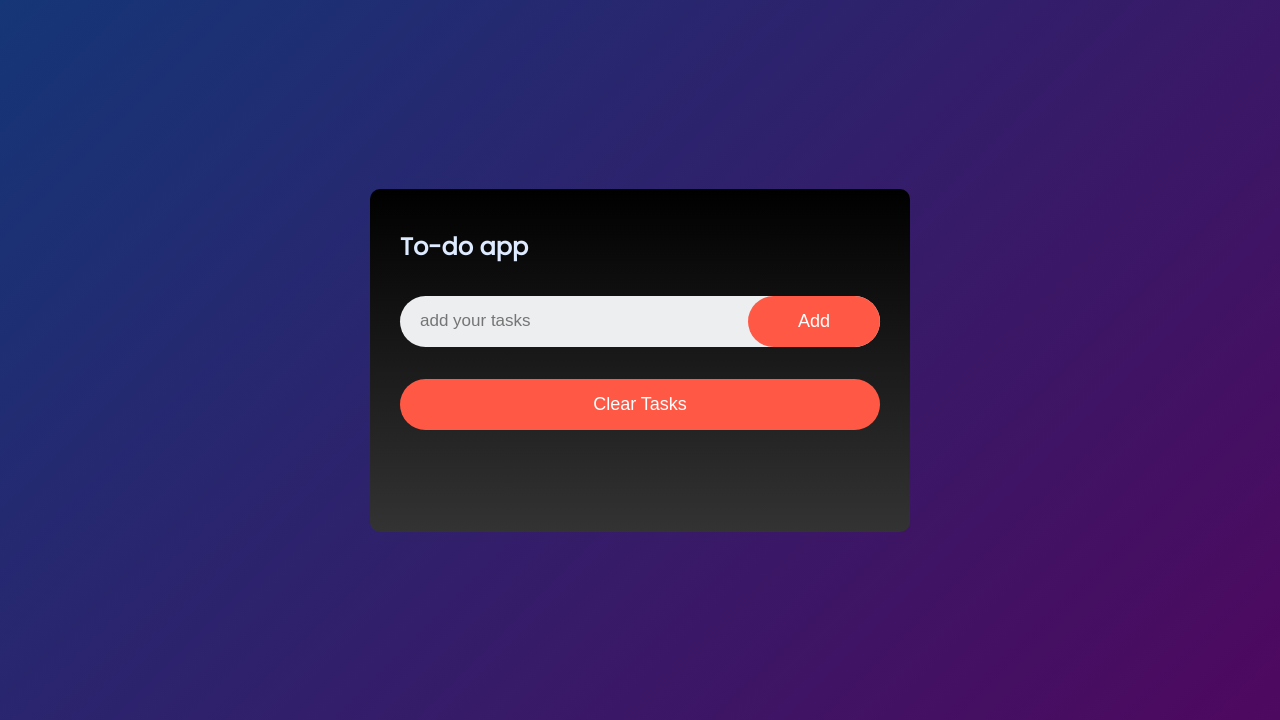
Repository: samoshi/To-do
Page: http://localhost/
The author's editor kept a copy of each file at every save. The page is drawn from the files as they stood at one save, then again after the next save.
The browser window is 1280 px wide. The pictures show the whole page.
The page is served by the project's application, run on Flask 3 (app/app.py). Queries for data that is not in the repository find no rows.

Above is the page before, as saved 2024-01-14 21:31:38.

After the next save:
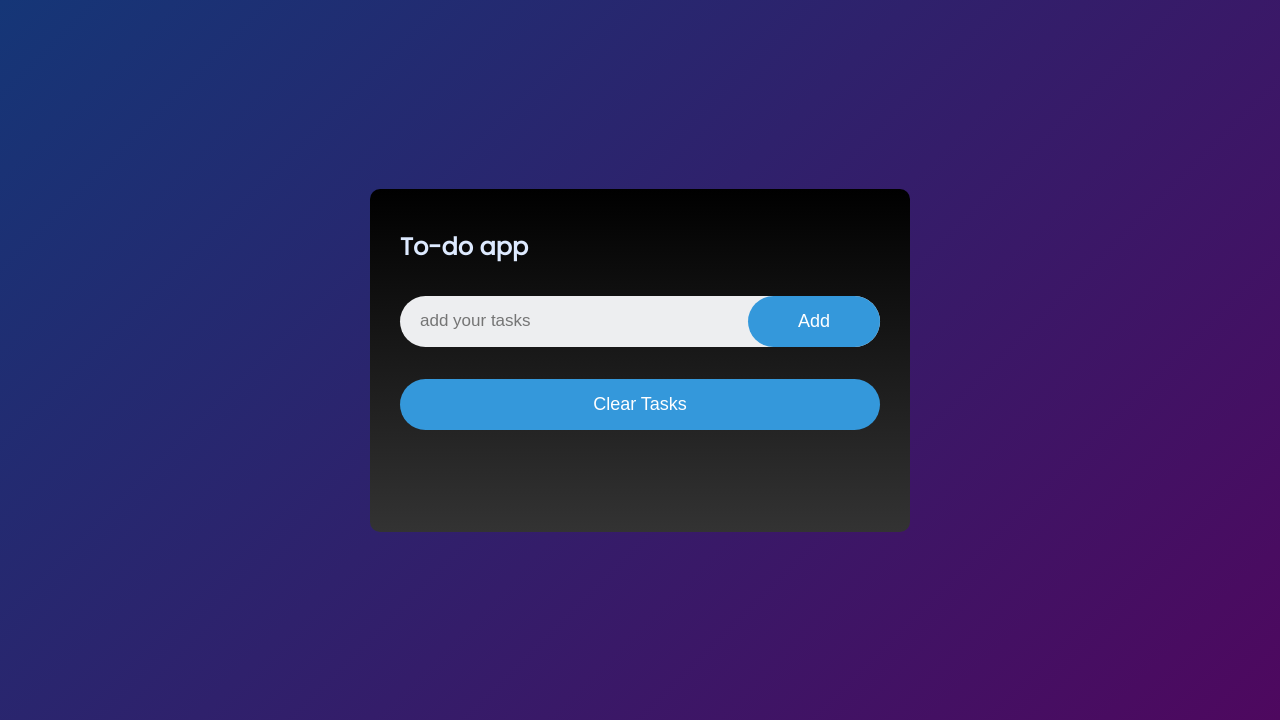
Saved 44 s later.
--- a/app/static/style.css
+++ b/app/static/style.css
@@ -63,7 +63,7 @@ button.clear_button, button.add_button{
     outline: none;
     padding: 15px 50px;
     border-radius: 30px;
-    background-color: #ff5945;
+    background-color: #3498db;
     color: #fff;
     font-size: 18px;
     transition: all .25s ease;
